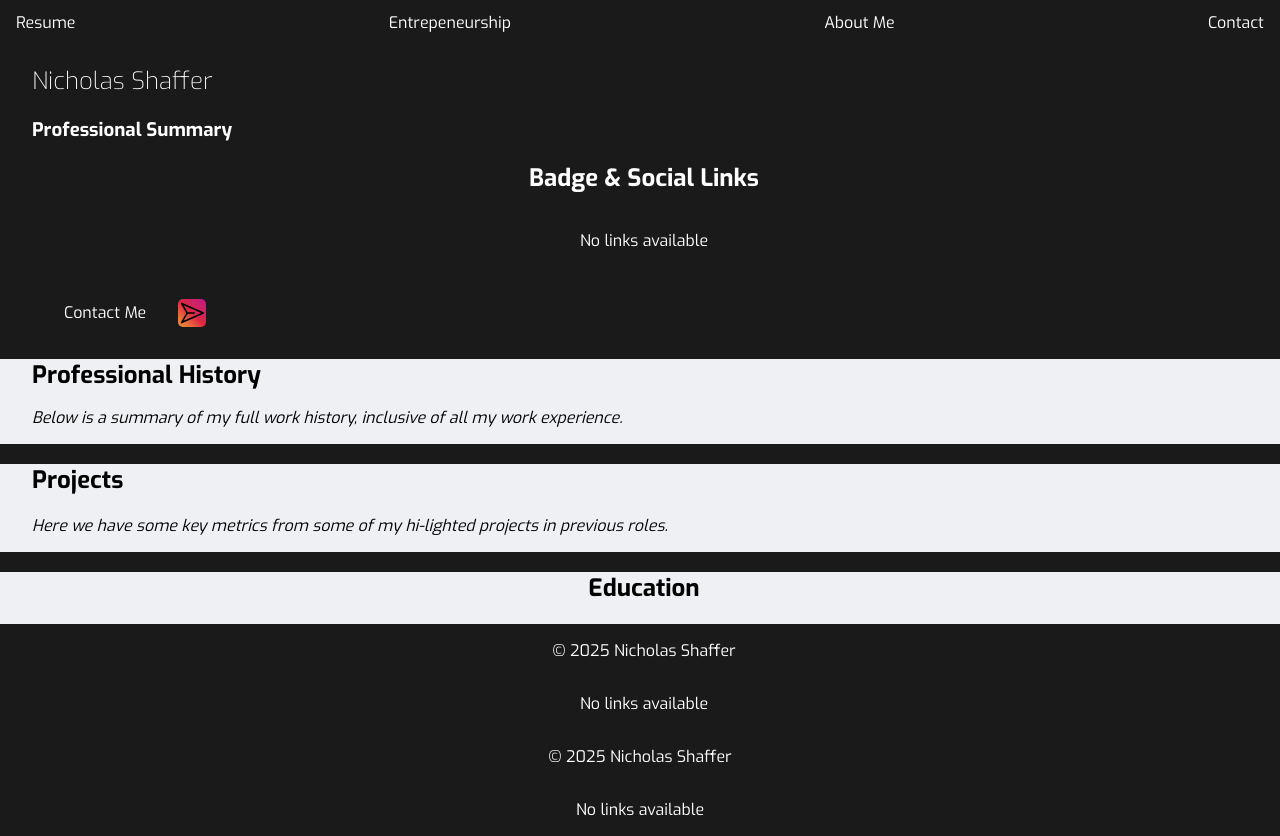
Repository: ShafferNick/nicholas_portfolio
Page: /
An editor plug-in stored every save of this project. The page is shown before and after the next save, followed by the edit.
The browser window is 1280 px wide. The pictures show the whole page.
The page's requests for data from a server got no answer. The project was rebuilt for these pictures with package versions that can differ from the ones it lists, and the page was loaded fresh each time. The framework's server and built-in components were replaced by stand-ins that run in the browser. No one was signed in, and anything a server would have sent is missing. Also part of the build but not shown: next.config.ts, src/app/components/Contact.tsx.

Above is the page before, as saved 2025-03-19 13:51:02.

After the next save:
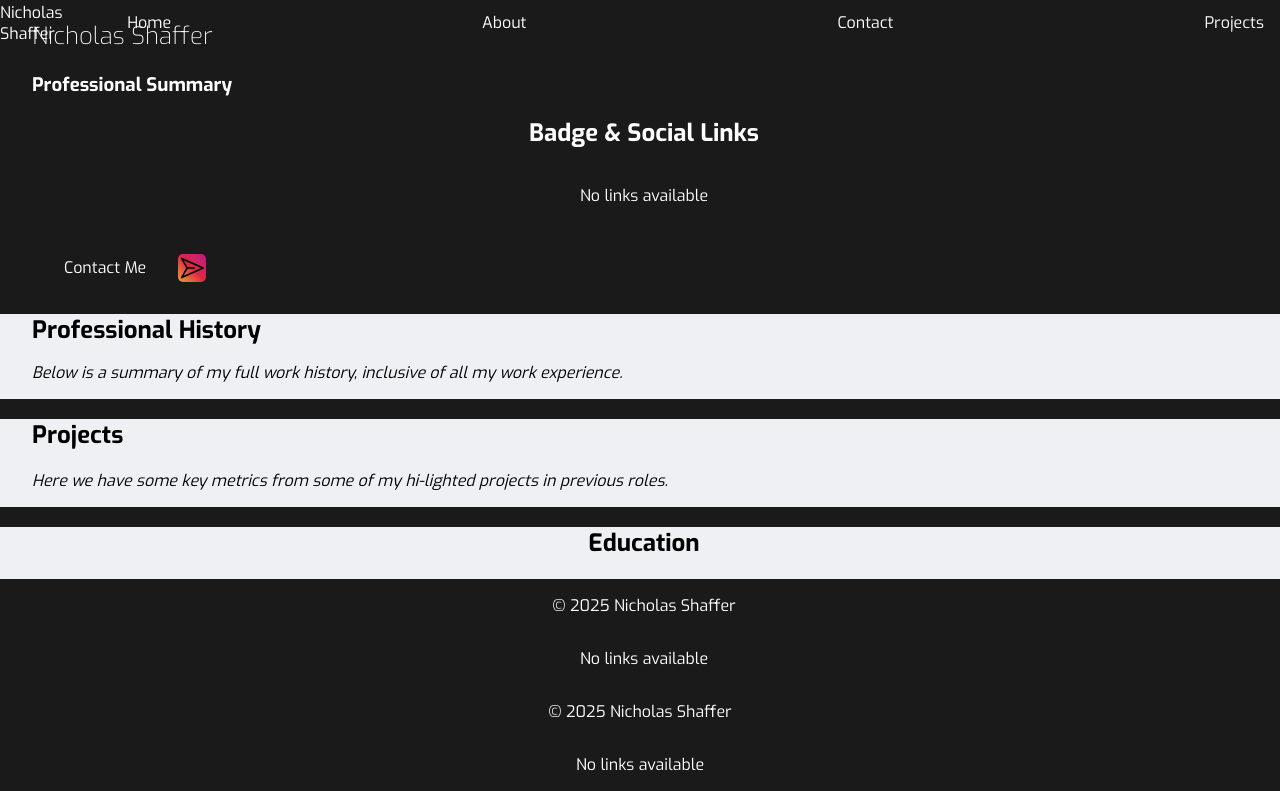
Saved 15 s later.
--- a/src/app/components/NavbarClient.tsx
+++ b/src/app/components/NavbarClient.tsx
@@ -1,78 +1,92 @@
 'use client';
+import React, { useState } from 'react';
 import Link from 'next/link';
-import { useState } from 'react';
+import { usePathname } from 'next/navigation';
 
-export default function NavbarClient() {
-  const [isOpen, setIsOpen] = useState(false);
-  const [activeLink, setActiveLink] = useState<string | null>(null);
+type NavbarClientProps = {
+  onContactClick: () => void;
+};
 
-  const handleLinkClick = (link: string) => {
-    setActiveLink(link);
-    setIsOpen(false);
+export default function NavbarClient({ onContactClick }: NavbarClientProps) {
+  const [isMobileMenuOpen, setIsMobileMenuOpen] = useState(false);
+  const pathname = usePathname();
+
+  const navLinks = [
+    { name: 'Home', href: '/' },
+    { name: 'About', href: '/about' },
+    { name: 'Contact', href: '#', onClick: onContactClick },
+    { name: 'Projects', href: '/projects' },
+  ];
+
+  const toggleMobileMenu = () => {
+    setIsMobileMenuOpen(!isMobileMenuOpen);
   };
 
   return (
-    <nav className="bg-transparent text-white p-4 sticky top-0 z-10">
-      <div className="max-w-6xl mx-auto flex items-center justify-between px-8">
-        {/* Desktop Menu Items */}
-        <div className="hidden md:flex justify-between w-full desktop-menu">
-          <Link href="/" className="nav-link">Resume</Link>
-          <Link href="/entrepeneurship" className="nav-link">Entrepeneurship</Link>
-          <Link href="/about" className="nav-link">About Me</Link>
-          <Link href="/contact" className="nav-link">Contact</Link>
+    <nav className="bg-gray-800 text-white p-4 fixed w-full top-0 z-50">
+      <div className="max-w-4xl mx-auto flex justify-between items-center">
+        <div className="text-lg font-bold">Nicholas Shaffer</div>
+
+        {/* Desktop Menu */}
+        <div className="desktop-menu hidden md:flex space-x-4">
+          {navLinks.map((link) => (
+            <Link
+              key={link.name}
+              href={link.href}
+              className={`nav-link ${pathname === link.href ? 'active-link' : ''}`}
+              onClick={(e) => {
+                if (link.onClick) {
+                  e.preventDefault();
+                  link.onClick();
+                }
+              }}
+            >
+              {link.name}
+            </Link>
+          ))}
         </div>
-        {/* Hamburger Menu Toggle */}
-        <div className="md:hidden relative mobile-menu-toggle">
-          <label htmlFor="menuToggle" className="block fixed top-4 right-4 z-50 select-none cursor-pointer">
-            <input
-              type="checkbox"
-              id="menuToggle"
-              className="absolute w-10 h-8 -top-2 -left-2 opacity-0 z-60 cursor-pointer"
-              checked={isOpen}
-              onChange={() => {
-                console.log('Toggling menu, isOpen:', !isOpen);
-                setIsOpen(!isOpen);
-              }}
-            />
-            <span className={`block w-8 h-1 mb-1.5 bg-white rounded transition-all duration-500 ease-[cubic-bezier(0.77,0.2,0.05,1.0)] origin-[4px_0px] ${isOpen ? 'transform rotate-45 translate-x-[-2px] translate-y-[4px] bg-gray-800' : ''}`}></span>
-            <span className={`block w-8 h-1 mb-1.5 bg-white rounded transition-all duration-500 ease-[cubic-bezier(0.77,0.2,0.05,1.0)] ${isOpen ? 'opacity-0 transform scale-50' : ''}`}></span>
-            <span className={`block w-8 h-1 mb-1.5 bg-white rounded transition-all duration-500 ease-[cubic-bezier(0.77,0.2,0.05,1.0)] origin-[0%_100%] ${isOpen ? 'transform -rotate-45 translate-x-0 translate-y-[-4px] bg-gray-800' : ''}`}></span>
-          </label>
-          {/* Mobile Menu */}
-          <div
-            className={`md:hidden fixed top-0 right-0 h-screen bg-gray-200 p-6 box-border overflow-y-auto z-50 mobile-menu ${isOpen ? 'active' : ''}`}
+
+        {/* Mobile Menu Toggle */}
+        <div className="mobile-menu-toggle md:hidden">
+          <button onClick={toggleMobileMenu} aria-label="Toggle mobile menu">
+            <span className="block w-6 h-0.5 bg-white mb-1.5"></span>
+            <span className="block w-6 h-0.5 bg-white mb-1.5"></span>
+            <span className="block w-6 h-0.5 bg-white"></span>
+          </button>
+        </div>
+
+        {/* Mobile Menu */}
+        <div
+          className={`mobile-menu md:hidden fixed top-0 right-0 w-3/4 h-full bg-gray-900 p-4 transform transition-transform duration-300 ${
+            isMobileMenuOpen ? 'translate-x-0' : 'translate-x-full'
+          }`}
+        >
+          <button
+            onClick={toggleMobileMenu}
+            className="close-button text-white text-2xl"
+            aria-label="Close mobile menu"
           >
-            {/* Close Button */}
-            <button
-              className="close-button text-white text-3xl font-extrabold"
-              onClick={() => setIsOpen(false)}
-            >
-              ✕
-            </button>
-            {/* Menu Links */}
-            <div className="flex flex-col items-center justify-center h-full space-y-4">
+            ×
+          </button>
+          <div className="flex flex-col space-y-4 mt-12">
+            {navLinks.map((link) => (
               <Link
-                href="/"
-                className={`text-white hover:text-red-400 transition-colors duration-300 ease-in-out text-xl py-2 text-center w-full ${activeLink === 'home' ? 'active-link' : ''}`}
-                onClick={() => handleLinkClick('home')}
+                key={link.name}
+                href={link.href}
+                className={`text-white text-lg ${pathname === link.href ? 'active-link' : ''}`}
+                onClick={(e) => {
+                  if (link.onClick) {
+                    e.preventDefault();
+                    link.onClick();
+                    toggleMobileMenu();
+                  } else {
+                    toggleMobileMenu();
+                  }
+                }}
               >
-                Home
+                {link.name}
               </Link>
-              <Link
-                href="/about"
-                className={`text-white hover:text-red-400 transition-colors duration-300 ease-in-out text-xl py-2 text-center w-full ${activeLink === 'about' ? 'active-link' : ''}`}
-                onClick={() => handleLinkClick('about')}
-              >
-                About Me
-              </Link>
-              <Link
-                href="/contact"
-                className={`text-white hover:text-red-400 transition-colors duration-300 ease-in-out text-xl py-2 text-center w-full ${activeLink === 'contact' ? 'active-link' : ''}`}
-                onClick={() => handleLinkClick('contact')}
-              >
-                Contact
-              </Link>
-            </div>
+            ))}
           </div>
         </div>
       </div>
